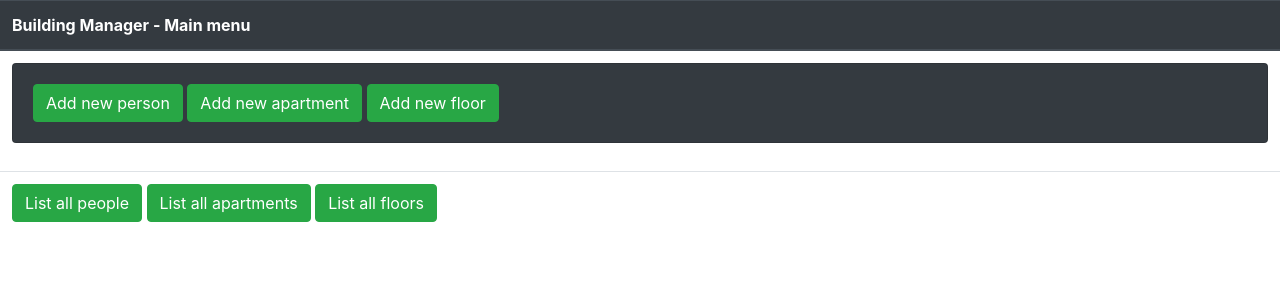
Repository: JMarJus/TalleresDUAL_2
Page: http://localhost/index
These files come from the project's save history. The page is drawn as it stood at one moment and after the next save; the edit follows.
The browser window is 1280 px wide. The pictures show the whole page.
The page is this project's Thymeleaf template; nobody is signed in. The template is opened directly, without the code that normally fills it, so the values that code supplies are empty.

Above is the page before, as saved 2023-12-26 00:24:37.
Console error: TypeError: Cannot read properties of undefined (reading 'fn')

After the next save:
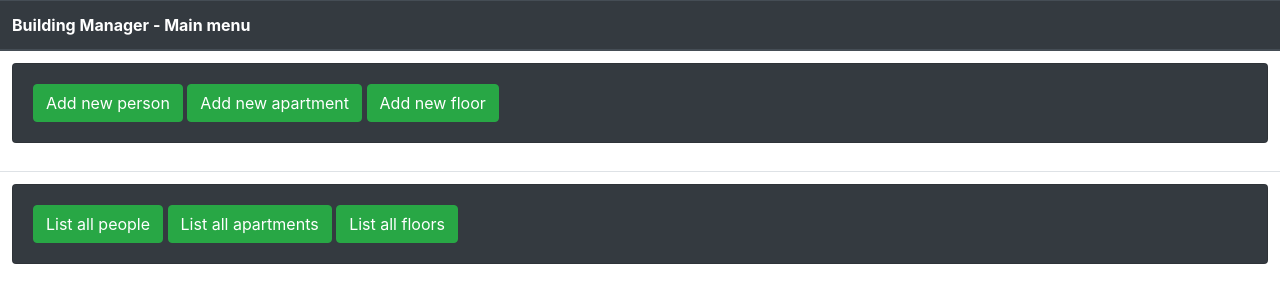
Saved 22 s later.
--- a/spring01/src/main/resources/templates/index.html
+++ b/spring01/src/main/resources/templates/index.html
@@ -19,19 +19,23 @@
 			<tr>
 				<td>
 					<div class="card text-white bg-dark mb-3">
-		  			<div class="card-body">
-					<a th:href="@{/getAddPerson}" class="btn btn-success">Add new person</a>
-					<a th:href="@{/getAddApartment}" class="btn btn-success">Add new apartment</a>
-					<a th:href="@{/getAddFloor}" class="btn btn-success">Add new floor</a>
-					</div>
+		  				<div class="card-body">
+							<a th:href="@{/getAddPerson}" class="btn btn-success">Add new person</a>
+							<a th:href="@{/getAddApartment}" class="btn btn-success">Add new apartment</a>
+							<a th:href="@{/getAddFloor}" class="btn btn-success">Add new floor</a>
+						</div>
 					</div>
 				</td>
 			</tr>
 			<tr>
 				<td>
-					<a th:href="@{/getPeople}" class="btn btn-success">List all people</a>
-					<a th:href="@{/getApartments}" class="btn btn-success">List all apartments</a>
-					<a th:href="@{/getFloors}" class="btn btn-success">List all floors</a>
+					<div class="card text-white bg-dark mb-3">
+		  				<div class="card-body">
+							<a th:href="@{/getPeople}" class="btn btn-success">List all people</a>
+							<a th:href="@{/getApartments}" class="btn btn-success">List all apartments</a>
+							<a th:href="@{/getFloors}" class="btn btn-success">List all floors</a>
+						</div>
+					</div>
 				</td>
 			</tr>
 		</tbody>
